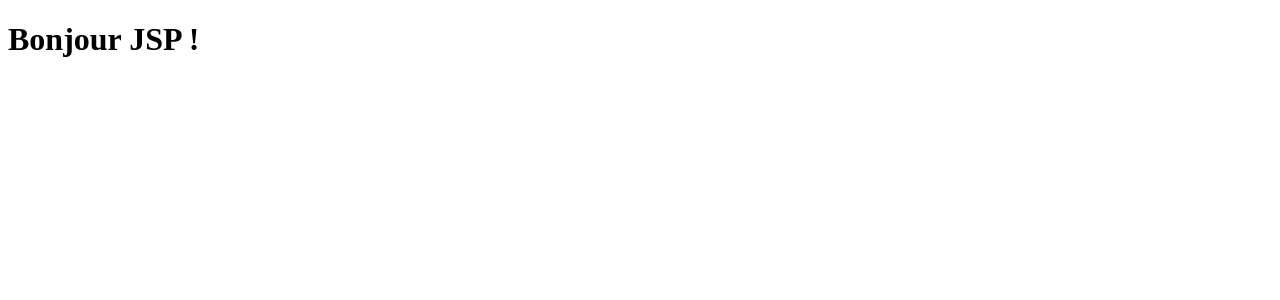
Repository: Kahefsay/javaEE
Page: http://localhost/ApsioTest/Bonjour.jsp
These files come from the project's save history. The page is drawn as it stood at one moment and after the next save; the edit follows.
The browser window is 1280 px wide. The pictures show the whole page.
The page is served by Tomcat 9. Other server files are loaded and not shown.

Above is the page before, as saved 2018-01-31 09:00:57.

### ApsioTest/WebContent/Bonjour.jsp
<%@ page language="java" contentType="text/html; charset=UTF-8"
    pageEncoding="UTF-8"%>
<!DOCTYPE html PUBLIC "-//W3C//DTD HTML 4.01 Transitional//EN" "http://www.w3.org/TR/html4/loose.dtd">
<html>
<head>
<meta http-equiv="Content-Type" content="text/html; charset=UTF-8">
<title>Bienvenue JSP</title>
</head>
<body>

<h1>Bonjour JSP !</h1>

<%
	for (int i=0; i<5; i++){

	}
%>

</body>
</html>

After the next save:
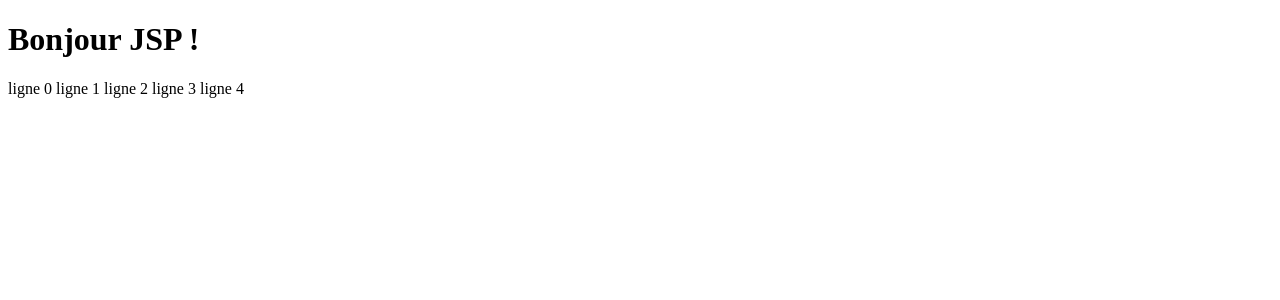
Saved 46 s later.
--- a/ApsioTest/WebContent/Bonjour.jsp
+++ b/ApsioTest/WebContent/Bonjour.jsp
@@ -12,7 +12,7 @@
 
 <%
 	for (int i=0; i<5; i++){
-
+		out.println(" ligne " + i);
 	}
 %>
 
